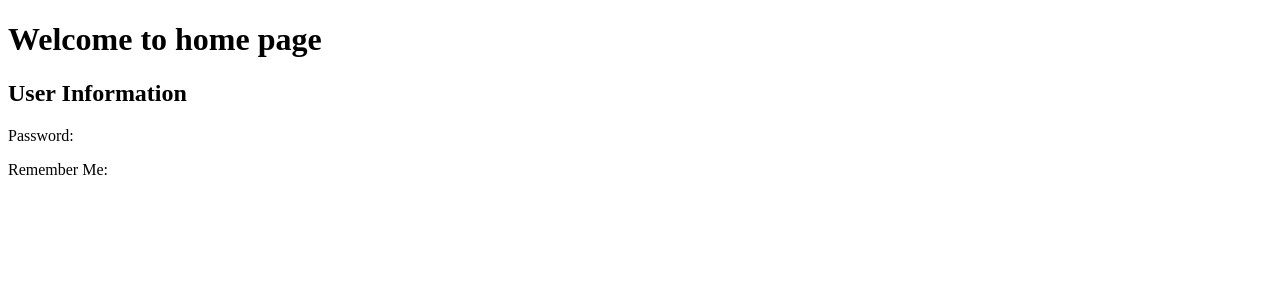
Repository: Sang-Vu/demo
Page: http://localhost/demo/views/home.jsp
These files come from the project's save history. The page is drawn as it stood at one moment and after the next save; the edit follows.
The browser window is 1280 px wide. The pictures show the whole page.
The page is served by Tomcat 9. Other server files are loaded and not shown.

Above is the page before, as saved 2023-12-21 07:30:20.

### demo/src/main/webapp/views/home.jsp
<%@ page import="com.demo.model.User" %>
<%@ page import="javax.servlet.http.HttpSession" %>
<%@ page language="java" contentType="text/html; charset=UTF-8"
    pageEncoding="UTF-8"%>
<!DOCTYPE html>
<html>
<head>
<meta charset="UTF-8">
<title>Home page</title>
</head>
<body>
<%
        // Retrieve user information from the session
        session = request.getSession();
	User user = (User) session.getAttribute("userInfo");
    %>
	<h1>Welcome to home page</h1>
	<h2>User Information</h2>
 <%   if (user != null) {
%>
    <p>User ID: <%= user.getUserID() %></p>
    <p>Role ID: <%= user.getRoleID() %></p>
    <!-- Add more fields as needed -->
<%
    }
%>
    <p>Password: </p>
    <p>Remember Me: </p>
</body>
</html>

After the next save:
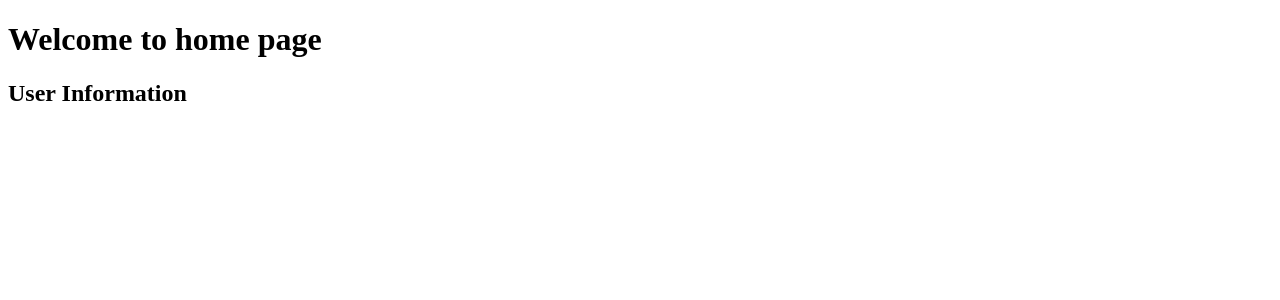
Saved 17 s later.
--- a/demo/src/main/webapp/views/home.jsp
+++ b/demo/src/main/webapp/views/home.jsp
@@ -24,7 +24,5 @@
 <%
     }
 %>
-    <p>Password: </p>
-    <p>Remember Me: </p>
 </body>
 </html>
